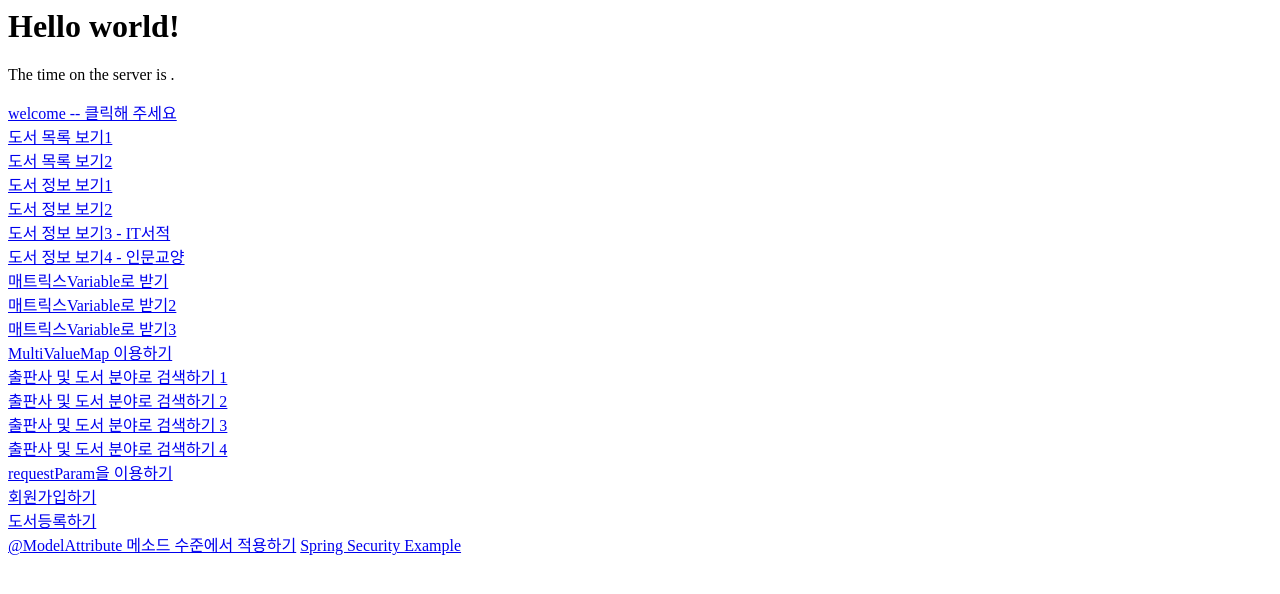
Repository: heojun0827/SpringLegacy
Page: http://localhost/book/WEB-INF/views/home.jsp
An editor plug-in stored every save of this project. The page is shown before and after the next save, followed by the edit.
The browser window is 1280 px wide. The pictures show the whole page.
The page is served by Tomcat 9. Nobody is signed in. Other server files are loaded and not shown. The template is opened directly, without the code that normally fills it, so the values that code supplies are empty.

Above is the page before, as saved 2023-07-12 07:21:28.

### book/src/main/webapp/WEB-INF/views/home.jsp
<%@ page language="java" contentType="text/html; charset=UTF-8" pageEncoding="UTF-8"%>
<%@ taglib uri="http://java.sun.com/jsp/jstl/core" prefix="c" %>
<%@ page session="false" %>
<html>
<head>
	<title>Home</title>
</head>
<body>
	<h1>
		Hello world!
	</h1>

	<P>  The time on the server is ${serverTime}. </P>
	<a href="/home">welcome -- 클릭해 주세요</a><br>
	<a href="/books">도서 목록 보기1</a><br>
	<a href="/books/all">도서 목록 보기2</a><br>
	<a href="/test/t1/ISBN-13">도서 정보 보기1</a><br>
	<a href="/test/t2/에세이/publisher/대학문화사">도서 정보 보기2</a><br>
	<a href="/books/IT서적">도서 정보 보기3 - IT서적</a><br>
	<a href="/books/인문교양">도서 정보 보기4 - 인문교양</a><br>
	<a href="/test/t3/ISBN=300;category=인문교양">매트릭스Variable로 받기</a><br>
	<a href="/test/t5/ISBN-500;publisher=좋은책/category/IT서적;publisher=아이티">매트릭스Variable로 받기2</a><br>
	<a href="/test/t6/ISBN=600">매트릭스Variable로 받기3</a><br>
	<a href="/test/t7/ISBN=700;publisher=더조은;name=스프링/category/IT서적;publisher=아이티;author=아카데미">MultiValueMap 이용하기</a><br>
	<a href = "/books/filter/bookFilter;publisher=한길사;category=인문교양">출판사 및 도서 분야로 검색하기 1</a><br>
	<a href = "/books/filter/bookFilter;publisher=한빛아카데미;category=IT서적">출판사 및 도서 분야로 검색하기 2</a><br>
	<a href = "/books/filter/bookFilter;publisher=이지스퍼블리싱;category=IT서적"">출판사 및 도서 분야로 검색하기 3</a><br>

	<!--  이지스퍼블리싱 출판사에 도서분야가 IT서적, 인문교양 두개가 있다면 아래와 같이 작성하면됨 -->
	<a href="/books/filter/bookFilter;publisher=이지스퍼블리싱;category=IT서적,인문교양">출판사 및 도서 분야로 검색하기 4</a><br>
	<a href="/test/t8?id=ISBN-1234">requestParam을 이용하기</a><br>

	<a href="/test/regForm">회원가입하기</a><br>
	<a href="/books/regBook">도서등록하기</a><br>

	<a href="/test/t9">@ModelAttribute 메소드 수준에서 적용하기</a>

	<a href="/test1">Spring Security Example</a>
</body>
</html>

After the next save:
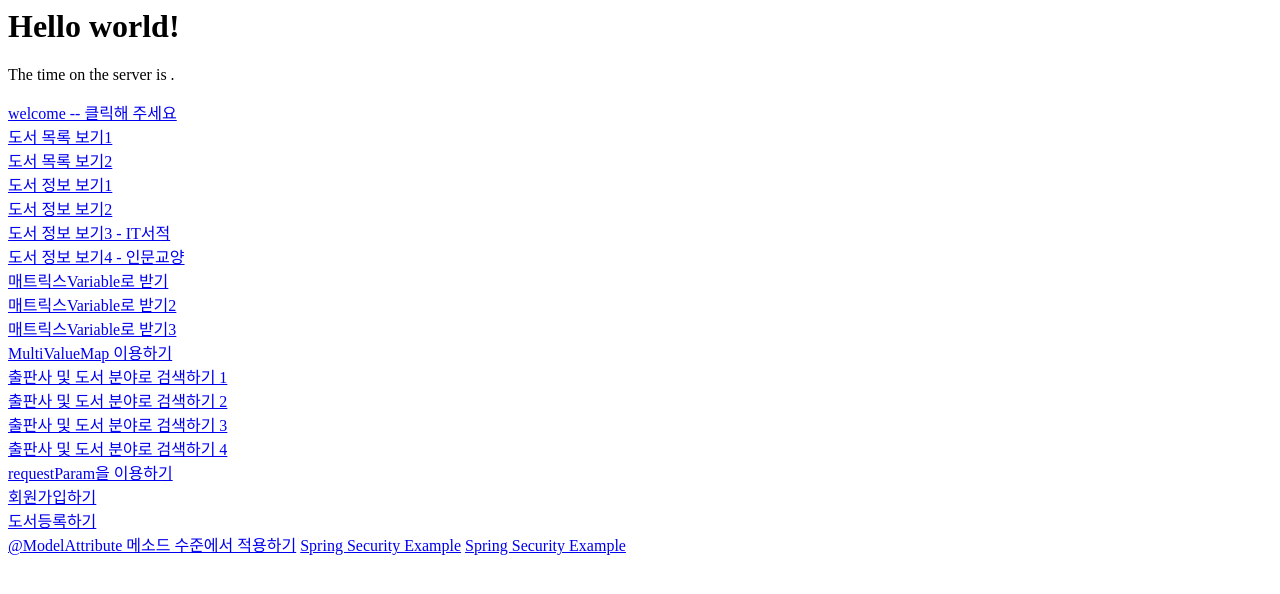
Saved 95 s later.
--- a/book/src/main/webapp/WEB-INF/views/home.jsp
+++ b/book/src/main/webapp/WEB-INF/views/home.jsp
@@ -36,5 +36,6 @@
 	<a href="/test/t9">@ModelAttribute 메소드 수준에서 적용하기</a>
 
 	<a href="/test1">Spring Security Example</a>
+	<a href="/test1">Spring Security Example</a>
 </body>
 </html>
